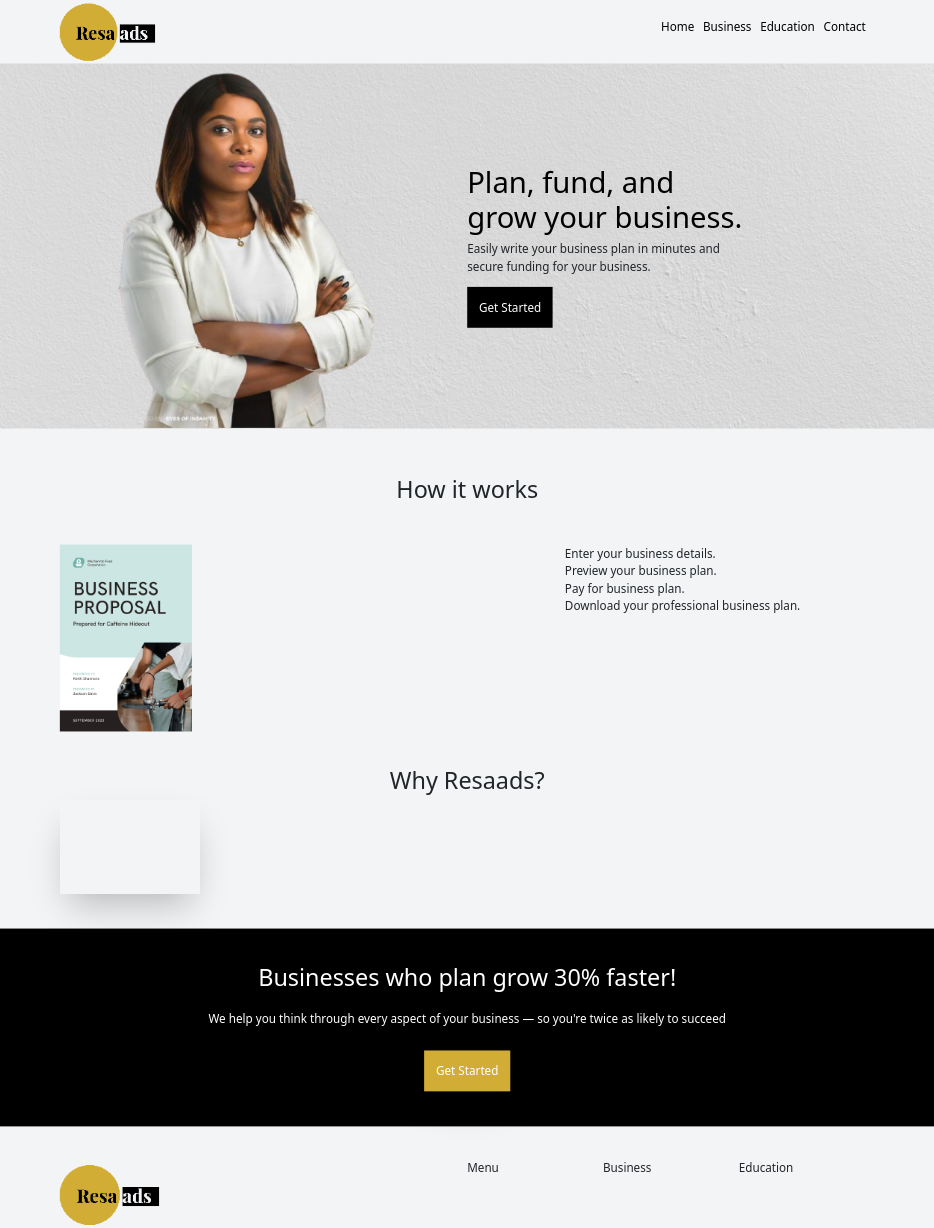
Repository: latenightsnacc/resaads-consults
Page: index.html
These files come from the project's save history. The page is drawn as it stood at one moment and after the next save; the edit follows.
The browser window is 1280 px wide. The pictures show the whole page, at 73% of full size.
Some web libraries are served in a nearby version.

Above is the page before, as saved 2021-08-05 12:04:59.

### index.html
<!DOCTYPE html>
<html lang="en">
<head>
    <meta charset="UTF-8">
    <meta http-equiv="X-UA-Compatible" content="IE=edge">
    <meta name="viewport" content="width=device-width, initial-scale=1.0">
    <!--Tailwind Css-->
    <link href="https://unpkg.com/tailwindcss@^2/dist/tailwind.min.css" rel="stylesheet">
    <!--Bootstrap CSS-->
    <link href="https://cdn.jsdelivr.net/npm/bootstrap@5.0.0-beta3/dist/css/bootstrap.min.css" rel="stylesheet" integrity="sha384-eOJMYsd53ii+scO/bJGFsiCZc+5NDVN2yr8+0RDqr0Ql0h+rP48ckxlpbzKgwra6" crossorigin="anonymous">
    <!--Font Awesome 5 CDN-->
    <link href="https://cdnjs.cloudflare.com/ajax/libs/font-awesome/5.13.0/css/all.min.css" rel="stylesheet">
    <!--Material Icons-->
    <link href="https://fonts.googleapis.com/css?family=Material+Icons|Material+Icons+Outlined|Material+Icons+Two+Tone|Material+Icons+Round|Material+Icons+Sharp" rel="stylesheet">
    <!--Google Font-->
    <link rel="preconnect" href="https://fonts.gstatic.com">
    <link href="https://fonts.googleapis.com/css2?family=Archivo:wght@400;700&display=swap" rel="stylesheet">
    <!--Page Title-->
    <title>Resaads Consults</title>

    <style>
        .primary-bg {
            background-color: #d2ad35 ;
        }
        a.primary:hover {
            color: #d2ad35;
            font-weight: 500;
        }
        #banner {
            background-image: url('assets/images/pexels-lorenzo-242236.jpg');
            background-size: cover;
        }

    </style>
</head>
<body class="bg-gray-100">
    <header class="container">
        <nav class="flex flex-row w-full justify-between items-center">
            <a href="index.html" class="w-36">
                <img src="assets/logos/Logo-150px-removebg-preview.png" alt="" class="w-full">
            </a>
            <ul class="flex flex-row">
                <li class="mr-3">
                    <a href="index.html" class="text-black no-underline primary">Home</a>
                </li>
                <li class="mr-3">
                    <a href="" class=" text-black no-underline primary">Business</a>
                </li>
                <li class="mr-3">
                    <a href="" class=" text-black no-underline primary">Education</a>
                </li>
                <li class="mr-3">
                    <a href="" class="text-black no-underline primary">Contact</a>
                </li>
            </ul>
        </nav>
    </header>
    <main>
        <section id="banner">
            <div class="container">
                <div class="flex flex-row">
                    <div class="w-1/2">
                        <img src="assets/images/Front-Banner-removebg-preview.png" alt="">
                    </div>
                    <div class="w-1/2 flex flex-col justify-center items-start">
                        <h1 class="text-black fontbold">
                            Plan, fund, and
                            <br/><span>grow your business.</span>
                        </h1>
                        <p>Easily write your business plan in minutes and <br/>secure funding for your business. </p>
                        <a href="#" class="">
                            <button class="bg-black text-white p-3">Get Started</button>
                        </a>
                    </div>
                </div>
            </div>
        </section>
        <!--Spacer-->
        <div class="my-5"></div>
        <section id="how-it-works">
            <div class="container">
                <h2 class="text-center pt-3 pb-5">How it works</h2>
                <div class="flex flex-row">
                    <div class="w-1/2">
                        <div class="h-64">
                            <img class="h-full" src="assets/images/Businessplan.png" alt="">
                        </div>

                    </div>
                    <div class="w-1/2 ">
                        <div class="flex flex-col items-center justify-center">
                            <ol>
                                <li>Enter your business details.</li>
                                <li>Preview your business plan.</li>
                                <li>Pay for business plan.</li>
                                <li>Download your professional business plan.</li>
                            </ol>
                        </div>
                    </div>
                </div>
            </div>
        </section>
        <!--Spacer-->
        <div class="my-5"></div>
        <section id="why-resaads">
            <div class="container">
                <h2 class="text-center">Why Resaads?</h2>
                <div class="flex flex-row">
                    <div class="w-1/3">
                        <div class="relative w-48 h-32 shadow-2xl"></div>
                    </div>
                    <div class="w-1/3"></div>
                    <div class="w-1/3"></div>
                </div>
            </div>
        </section>
        <!--Spacer-->
        <div class="my-5"></div>
        <section class="bg-black text-white py-5">
            <div class="container">
                <h2 class="text-center">Businesses who plan grow 30% faster!</h2>
                <div class="flex flex-col items-center">
                    <p class="text-center py-3">We help you think through every aspect of your business — so you're twice as likely to succeed</p>
                    <a href="#" class="">
                        <button class="primary-bg text-white p-3 shadow-2xl">Get Started</button>
                    </a>
                </div>
            </div>
        </section>
    </main>
    <!--Spacer-->
    <div class="my-5"></div>
    <footer>
        <div class="container">
            <div class="flex flex-row">
                <div class="w-1/2">
                    <a href="index.html" class="w-36">
                        <img src="assets/logos/Logo-150px-removebg-preview.png" alt="" class="" data-title="Photo by Kampus Production from Pexels">
                    </a>
                </div>
                <div class="w-1/2">
                    <div class="flex flex-row">
                        <div class="w-1/3">
                            <h6>Menu</h6>
                        </div>
                        <div class="w-1/3">
                            <h6>Business</h6>
                        </div>
                        <div class="w-1/3">
                            <h6>Education</h6>
                        </div>
                    </div>
                </div>
            </div>
        </div>
    </footer>
</body>
</html>

After the next save:
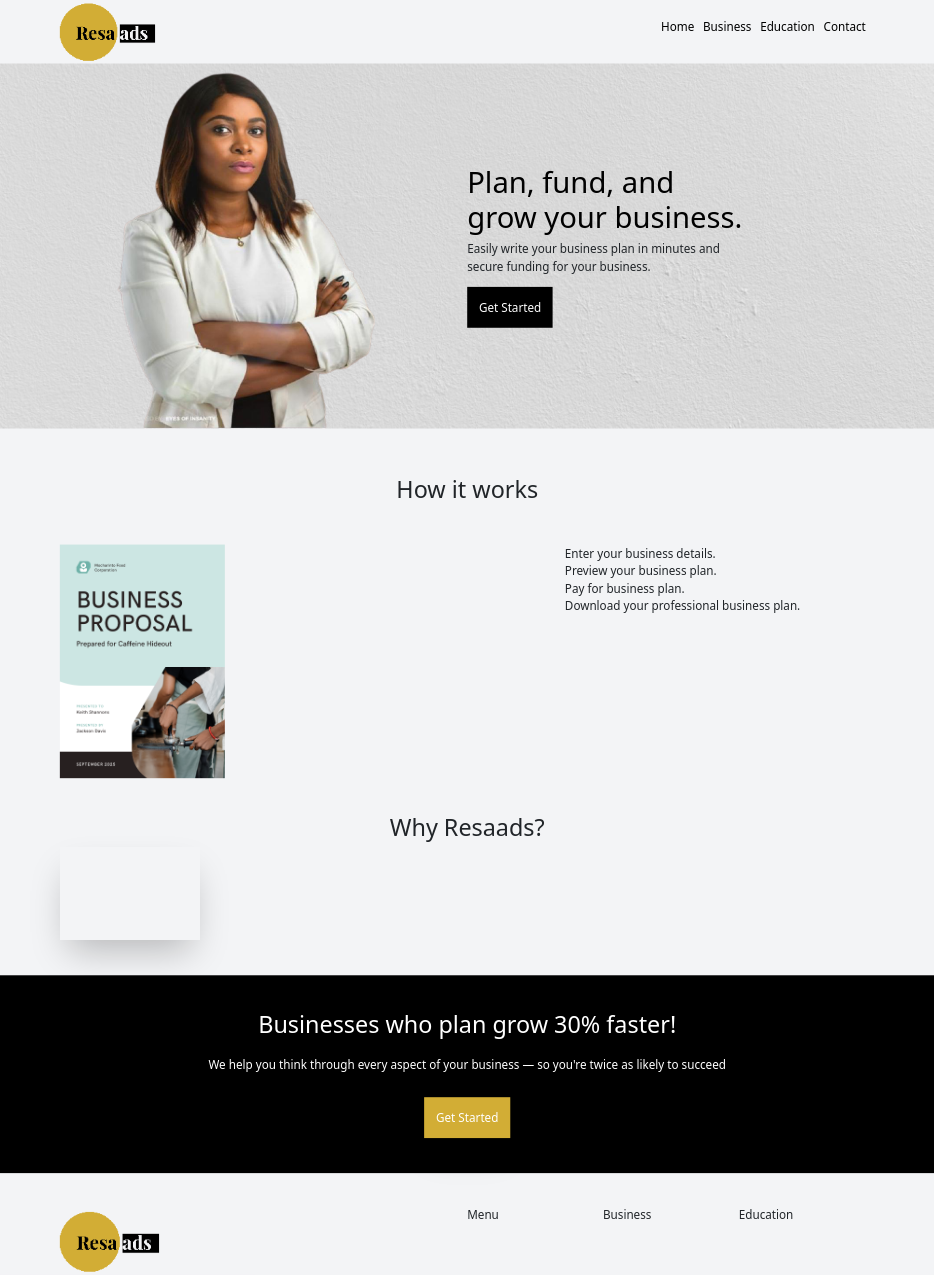
Saved 10 s later.
--- a/index.html
+++ b/index.html
@@ -82,7 +82,7 @@
                 <h2 class="text-center pt-3 pb-5">How it works</h2>
                 <div class="flex flex-row">
                     <div class="w-1/2">
-                        <div class="h-64">
+                        <div class="h-80">
                             <img class="h-full" src="assets/images/Businessplan.png" alt="">
                         </div>
 
